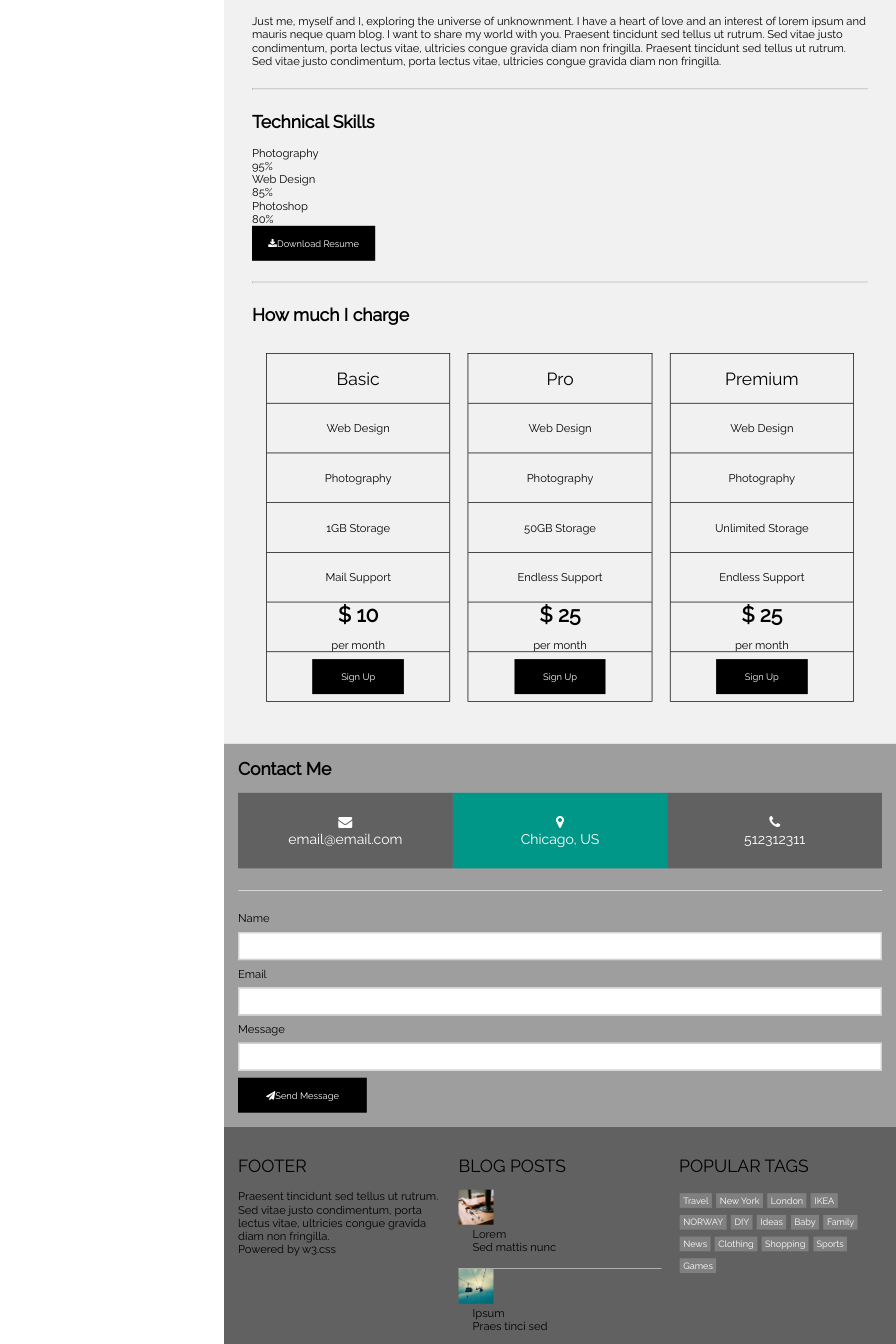
Repository: hesshess/clonecoding-assignment
Page: 5-nature-portfolio/template5.html
These files come from the project's save history. The page is drawn as it stood at one moment and after the next save; the edit follows.
The browser window is 1280 px wide. The pictures show the part of the page from y = 1371 to 3291 px (the page is 3396 px tall before and 3429 px after), at 70% of full size.

Above is the page before, as saved 2022-03-22 00:47:36.

After the next save:
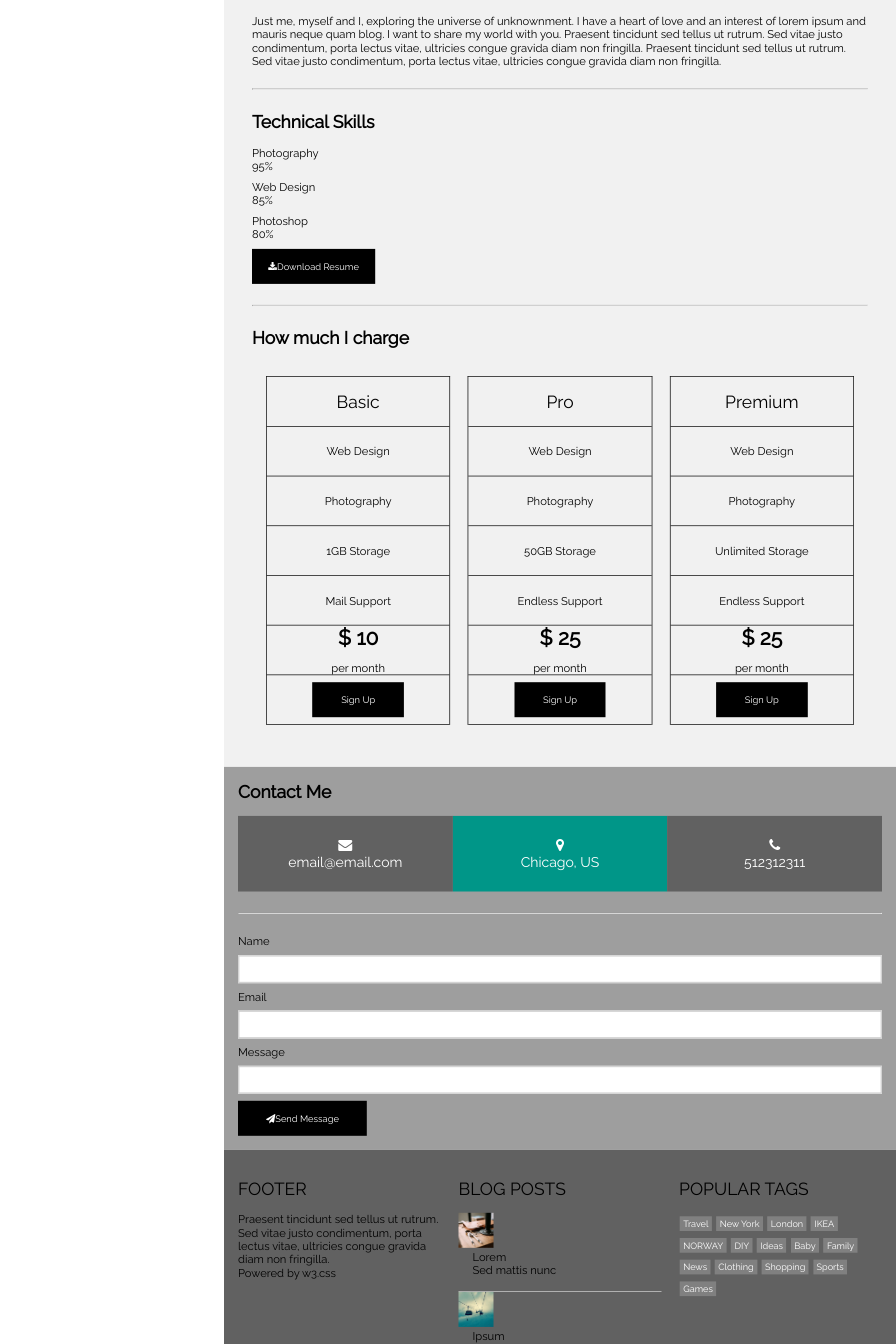
Saved 36 s later.
--- a/5-nature-portfolio/template5.css
+++ b/5-nature-portfolio/template5.css
@@ -125,6 +125,10 @@
 .about-txt {
   padding: 20px;
 }
+.full {
+  width: 100%;
+  height: 30px;
+}
 
 .price-box {
   margin: auto;

After the save that followed:
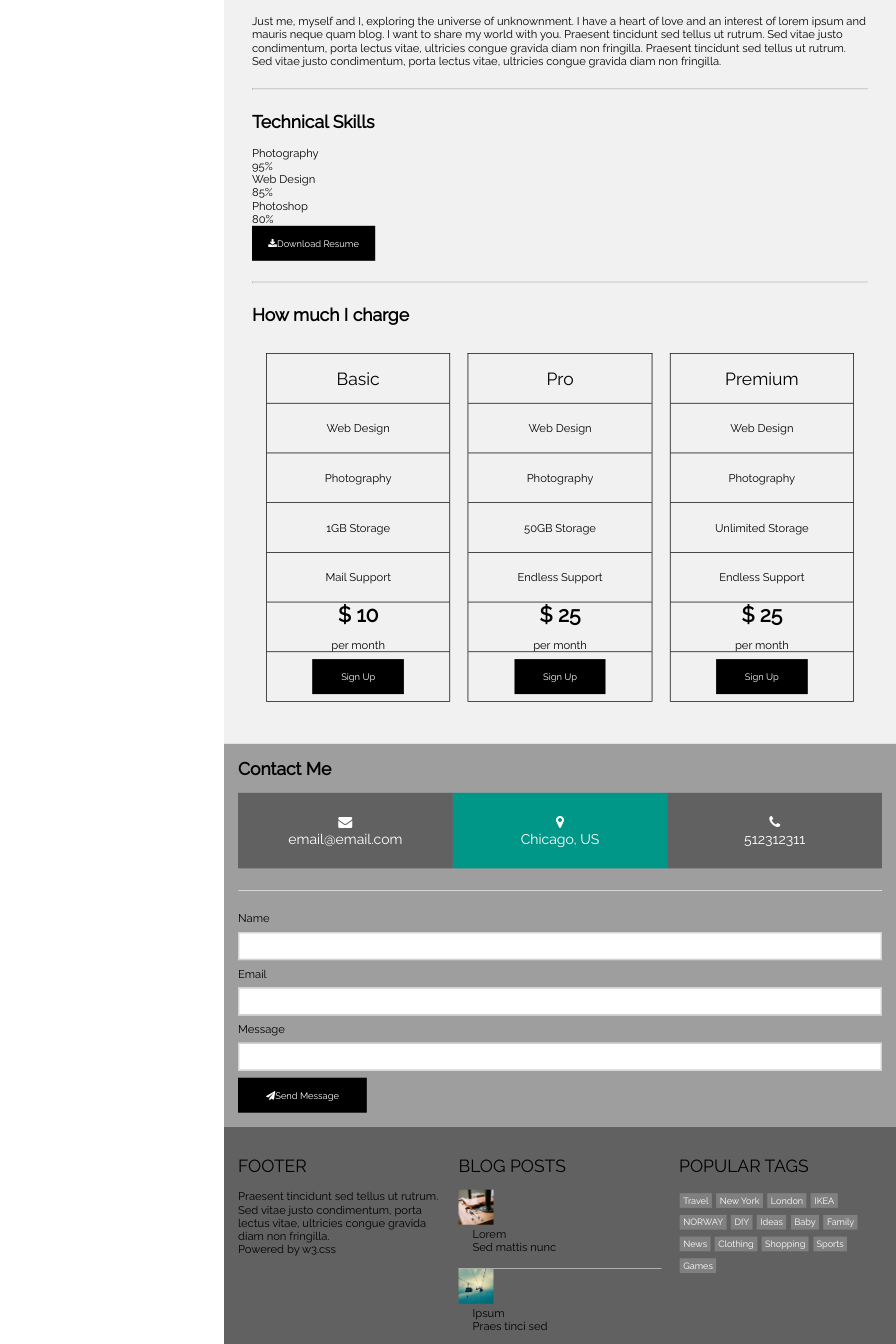
Saved 24 s later.
--- a/5-nature-portfolio/template5.css
+++ b/5-nature-portfolio/template5.css
@@ -127,7 +127,7 @@
 }
 .full {
   width: 100%;
-  height: 30px;
+  height: 10%;
 }
 
 .price-box {
